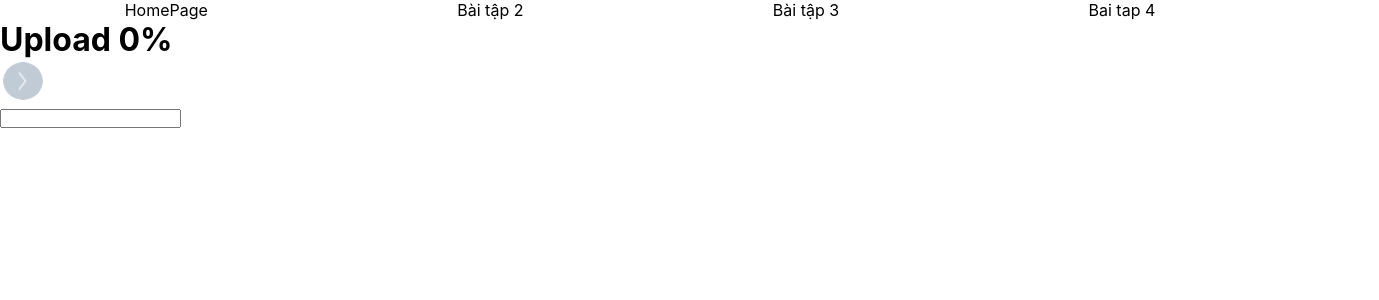
Repository: tungdau93/Training-ReactJS
Page: /bai-tap-3
These files come from the project's save history. The page is drawn as it stood at one moment and after the next save; the edit follows.
The browser window is 1280 px wide. The page is 1379 px wide, so the pictures cover 1379 px, including what lies to the right of the window. The pictures show the whole page.
The project was rebuilt for these pictures with package versions that can differ from the ones it lists, and the page was loaded fresh each time. Also part of the build but not shown: src/App.css, src/hooks/useClickOutside.js, src/Assignments/BaiTap2.jsx, src/Components/IconFile.jsx, src/Components/FileUpload.jsx, src/Assignments/HomePage.jsx.

Above is the page before, as saved 2022-10-03 10:29:09.

### src/App.js
import { BrowserRouter, Route, Routes } from "react-router-dom";
import "./App.css";
import BaiTap2 from "./Assignments/BaiTap2";
import BaiTap3 from "./Assignments/BaiTap3";
import HomePage from "./Assignments/HomePage";
import Menu from "./Assignments/Menu";

function App() {
  return (
    <BrowserRouter>
      <Menu />
      <Routes>
        <Route path="/" element={<HomePage />} />
        <Route path="/bai-tap-2" element={<BaiTap2 />} />
        <Route path="/bai-tap-3" element={<BaiTap3 />} />
      </Routes>
    </BrowserRouter>
  );
}

export default App;

### src/Assignments/BaiTap3.jsx
import React from "react";
import "../style/_bai-tap-3.scss";
import { ref, uploadBytesResumable } from "@firebase/storage";
import { storage } from "../firebase";
import { useState, useRef } from "react";
import IconFile from "../Components/IconFile";
import FileUpload from "../Components/FileUpload";

const BaiTap3 = () => {
  const listUploadedRef = useRef();
  const fileUploadedRef = useRef();

  const [files, setFiles] = useState([]);
  const [progress, setProgress] = useState(0);
  const [isSizeValid, setIsSizeValid] = useState(true);
  const [isActive, setIsActive] = useState(true);
  const [isValidNumberOfFiles, setValidNumberOfFiles] = useState(false);

  const RemoveAddFile = [];

  const handleSlide = () => {
    const listUploadedOffsetWidth = listUploadedRef.current?.offsetWidth;
    const listUploadedClientWidth = listUploadedRef.current?.clientWidth;
    const fileUploadedWidth = fileUploadedRef.current?.offsetWidth;
    const removeSpace = listUploadedOffsetWidth- listUploadedClientWidth
    console.log(removeSpace)

    if (listUploadedRef.current && fileUploadedRef.current) {
      listUploadedRef.current.scrollTo({
        left: fileUploadedWidth,
        behavior: "smooth",
      });
    }
  };
  const handleAddFiles = (event) => {
    setValidNumberOfFiles(false);
    const file = event.target.files[0];

    event.preventDefault();
    const fileArray = event.target.files;
    for (var j = 0; j < fileArray.length; j++) {
      if (fileArray[j].size > 10485760) {
        setIsSizeValid(false);
        setIsActive(false);
        return;
      }
    }
    setIsActive(true);
    setIsSizeValid(true);

    const newFiles = [...files];
    for (let k = 0; k < fileArray.length; k++) {
      newFiles.push(fileArray[k]);
    }
    setFiles(newFiles);
  };

  const uploadFiles = (file) => {
    if (!file) return;
    const storageRef = ref(storage, `/files/${file.name}`);
    const uploadTask = uploadBytesResumable(storageRef, file);
    uploadTask.on(
      "state_changed",
      (snapshot) => {
        const prog = Math.round(
          (snapshot.bytesTransferred / snapshot.totalBytes) * 100
        );
        setProgress(prog);
      },
      (err) => console.log(err)
    );
  };

  const handleUpload = (event) => {
    event.preventDefault();

    const newFilesUpload = [...files];
    if (files.length > 0 && files.length <= 4) {
      for (let i = 0; i < newFilesUpload.length; i++) {
        uploadFiles(newFilesUpload[i]);
        console.log(newFilesUpload[i]);
        setFiles(RemoveAddFile);
      }
    } else {
      setValidNumberOfFiles(true);
      setFiles(RemoveAddFile);
      setIsActive(false);
    }
  };

  const handleClose = (index) => {
    const fileSelected = files.filter((file) => file.index === index);
    // console.log(newFiles);
    const newFiles = [...files];
    newFiles.pop(fileSelected);
    setFiles([...newFiles]);
  };

  return (
    <>
      <h1>Upload {progress}%</h1>
      <img
        onClick={handleSlide}
        src={require("../assets/images/submit-icon.png")}
        alt=""
        className="slide-icon"
      />

      <div className="drag-drop-files">
        <div></div>
        <input type="text" />
        {/* <form onSubmit={(event) => handleUpload(event)}>
          <label htmlFor="name" className="drag-and-drop-img">
            <img alt="" src={require("../assets/images/upload-icon.png")} />
          </label>
          <label htmlFor="name" className="drag-and-drop-heading">
            Drag and drop files
          </label>
          <label htmlFor="name" className="drag-and-drop-heading--sub-heading">
            Browse Files
          </label>
          <input
            id="name"
            type="file"
            className="input"
            onChange={handleAddFiles}
            multiple
          />
          <button type="submit" className="submit">
            Upload
          </button>
        </form> */}
      </div>

      {isSizeValid ? (
        <div ref={listUploadedRef} className="show-data--hidden">
          {files &&
            files.map((file, index) => {
              // console.log(file.type);
              return (
                <FileUpload
                  handleClose={() => handleClose(index)}
                  key={index}
                  ref={fileUploadedRef}
                  fileType={file.type}
                  fileName={file.name}
                  fileSize={file.size}
                />
              );
            })}
        </div>
      ) : (
        <span className="maximum-files-size">
          The maximum file size is 10MB
        </span>
      )}

      {isValidNumberOfFiles ? (
        <span className="maximum-files-length">
          Maximum length of files is 4
        </span>
      ) : null}
    </>
  );
};

export default BaiTap3;

### src/Assignments/Menu.jsx
  import React from "react";
import { useNavigate } from "react-router-dom";

const styleHomePage={
        display:'flex',
        justifyContent: 'center',
}

const styleUl = {
    display: 'flex',
    justifyContent: 'space-around',
    // ListStyle:"none"
}
const handleMouseOver =(e)=>{
    e.target.style.color = '#DC143C'
}
const handleMouseOut =(e)=>{
    e.target.style.color = '#000'
}

const Menu = () => {
  const navigate = useNavigate();

  const redirectPage = (url) => {
    navigate(url);
  };

  return (
    <div>
      <ul style={styleUl}>
        <li style={{listStyleType:'none'}} onMouseOver={handleMouseOver} onMouseOut={handleMouseOut} onClick={() => redirectPage("/")}>
          <div style={styleHomePage}>HomePage</div>
        </li>
        <li style={{listStyleType:'none'}}  onMouseOver={handleMouseOver} onMouseOut={handleMouseOut} onClick={() => redirectPage("/bai-tap-2")}>
          <div >Bài tập 2</div>
        </li>
        <li style={{listStyleType:'none'}} onMouseOver={handleMouseOver} onMouseOut={handleMouseOut} onClick={() => redirectPage("/bai-tap-3")}>
          <div >Bài tập 3</div>
        </li>
        <li style={{listStyleType:'none'}} onMouseOver={handleMouseOver} onMouseOut={handleMouseOut} onClick={() => redirectPage("/bai-tap-4")}>
          <div >Bai tap 4

          </div>
        </li>
      </ul>
    </div>
  );
};

export default Menu;

### src/style/_bai-tap-2.scss
*{
    padding: 0;
    margin:0;
}
.app {
    background-color:#1E1E1E;
    #title {
        top:-976px;
        left:-1124px;
        color:#a0a0a0;
        width: 2227px;
        height:1933px;
        &:hover{
            color:#99CCFF;
            opacity:.6;
    }
    }
    .app__container{
        width: 2227px; ;
        height: 1933px;
        background-color:#F8F8F8;
        position:relative;
        .app__container--heading{
            display: flex;
            flex-direction: row;
            align-items: center;
            padding: 50px 99px 50px 56px;
            gap: 10px;
            display:block;

            position: absolute;
            width: 2227px;
            height: 140px;
            left: 0px;
            top: 0px;
            background-color:#333333;
            .app__container--heading-name{
                display: flex;
                flex-direction: row;
                align-items: center;
                padding: 0px;
                gap: 30px;

                width: 323px;
                height: 56px;


                /* Inside auto layout */

                flex: none;
                order: 0;
                flex-grow: 0;
                .app__container--heading-name--japanese{
                    width: 144px;
                    height: 56px;

                    font-family: 'Roboto';
                    font-style: normal;
                    font-weight: 700;
                    font-size: 48px;
                    line-height: 56px;




                /* White */

                    color: #FFFFFF;


                /* Inside auto layout */

                    flex: none;
                    order: 0;
                    flex-grow: 0;

                }
                .app__container--heading-name--english{
                    width: 149px;
                height: 38px;

                font-family: 'Roboto';
                font-style: normal;
                font-weight: 400;
                font-size: 32px;
                line-height: 38px;
                /* identical to box height */


                /* White */

                color: #FFFFFF;


                /* Inside auto layout */

                flex: none;
                order: 1;
                flex-grow: 0;
                }
            }
        }
        .app__container--input-wrapper{
    position: relative;
    display: flex;
    flex-direction: column;
    align-items: flex-start;
    padding: 0px;

    position: absolute;
    width: 400px;
    height: 46px;
    left: 379px;
    top: 308px;
    .app__container--input-wrapper--input{
        box-sizing: border-box;

    /* Auto layout */


    display: flex;
    flex-direction: row;
    align-items: center;
    padding: 8px 10px;
    gap: 4px;

    width: 400px;
    height: 49px;

    background: rgba(230, 249, 255, 0.2);
    /* Black / 04 */

    border: 1px solid #DBDBDB;
    border-radius: 4px;

    /* Inside auto layout */

    flex: none;
    order: 0;
    align-self: stretch;
    flex-grow: 0;



            }

     .fa-thin{
    position: absolute;
            }
    .app__container--input-wrapper--dropdown-list{
display: flex;

display:none;
// flex-direction: column;
// align-items: flex-start;
position: absolute;
width: 400px;
height: 128px;
left: 0;
top: 49px;
// background-color: yellow;

filter: drop-shadow(0px 1px 8px rgba(102, 102, 102, 0.25));
border-radius: 4px;
        .app__container--input-wrapper--dropdown-list--item1{
            position: absolute;
            width: 100%;
            height: 49px;
            background: rgba(230, 249, 255, 0.2);
            border-radius: 4px;
            display:block

        }
        .app__container--input-wrapper--dropdown-list--item2{
            position: absolute;
            width: 100%;
            height: 49px;
            border-radius: 4px;
            background: rgba(230, 249, 255, 0.2);
            top: 49px;
            display:block


        }
        .app__container--input-wrapper--dropdown-list--item3{
            position: absolute;
            width: 100%;
            height: 49px;
            border-radius: 4px;
            background: rgba(230, 249, 255, 0.2);
            top:98px;
            display:block


        }

    }
}


    }
}

### src/style/_bai-tap-3.scss

  .slide-icon {
    top: 560px;
    left: 1398px;
    width: 40px;
    height: 38px;
    border-radius: 50%;
    border: solid #fff;
    &:hover {
      border: #107ce0 solid 3px;
    }
  }
  .drag-and-drop {
    display: flex;
    justify-content: center;
    width: 842px;
    height: 232px;
    left: 579px;
    // right: 79.24%;
    top: 249px;
    background: #f8f8f8;
    border: 1px solid #dcdcdc;
    border-radius: 7px;
    z-index: 1;
    .drag-and-drop-img {
      top: 45px;
      left: 381px;
      display: flex;
      position: absolute;
      min-width: 70px;
      min-height: 70px;

      justify-content: center;
      align-items: center;
    }
    .drag-and-drop-heading {
      top: 113px;
      left: 342px;
      display: flex;
      position: absolute;
      min-width: 100px;
      align-items: center;
      justify-content: center;
      font-family: "Noto Sans";
      font-style: normal;
      font-weight: 700;
      font-size: 18px;
      line-height: 22px;
      color: #333333;
    }
    .drag-and-drop-heading--sub-heading {
      top: 137px;
      left: 373px;
      position: absolute;
      min-width: 50px;
      align-items: center;
      justify-content: center;
      font-family: "Noto Sans";
      font-style: normal;
      font-size: 18px;
      line-height: 22px;
      color: #333333;
      text-decoration: underline;
    }
    &:hover {
      border: 1px solid #107ce0;
    }
    .input {
      width: 842px;
      height: 232px;
      position: absolute;
      // right: 79.24%;
      background: #f8f8f8;
      // border: 1px solid #dcdcdc;
      border-radius: 7px;
      z-index: -1;
      color: transparent;

      &::-webkit-file-upload-button {
        display: none;
      }
    }
    .submit {
      position: absolute;
      top: 360px;
      left: 359px;
      width: 113px;
      height: 43px;
      border-radius: 3px;
      z-index: -1;
      border: none;
      &:hover {
        border: 1px solid #107ce0;
      }
    }
    .submit-img {
      position: absolute;
      top: 261px;
      left: 825px;
      width: 32px;
      height: 32px;
      border-radius: 50%;
      z-index: 1;
    }
    .drag-and-drop--upload-icon {
      position: absolute;
      height: 18.67px;
      width: 26.67px;
      top: 64px;
      left: 397.67px;
      right: 417.67px;
      z-index: 1;
    }

  }

  .drag-and-drop--alert {
    width: 842px;
    height: 232px;
    position: relative;
    left: 579px;
    // right: 79.24%;
    top: 249px;
    background: #f8f8f8;
    border: 1px solid  #ED5D5D;
    border-radius: 7px;
    z-index: 1;
    .drag-and-drop-img {
      top: 45px;
      left: 381px;
      display: flex;
      position: absolute;
      min-width: 70px;
      min-height: 70px;

      justify-content: center;
      align-items: center;
    }
    .drag-and-drop-heading {
      top: 113px;
      left: 342px;
      display: flex;
      position: absolute;
      min-width: 100px;
      align-items: center;
      justify-content: center;
      font-family: "Noto Sans";
      font-style: normal;
      font-weight: 700;
      font-size: 18px;
      line-height: 22px;
      color: #333333;
    }
    .drag-and-drop-heading--sub-heading {
      top: 137px;
      left: 373px;
      position: absolute;
      min-width: 50px;
      align-items: center;
      justify-content: center;
      font-family: "Noto Sans";
      font-style: normal;
      font-size: 18px;
      line-height: 22px;
      color: #333333;
      text-decoration: underline;
    }
    &:hover {
      border: 1px solid #107ce0;
    }
    .input {
      width: 842px;
      height: 232px;
      position: absolute;
      // right: 79.24%;
      background: #f8f8f8;
      // border: 1px solid #dcdcdc;
      border-radius: 7px;
      z-index: -1;
      color: transparent;

      &::-webkit-file-upload-button {
        display: none;
      }
    }
    .submit {
      position: absolute;
      top: 360px;
      left: 359px;
      width: 113px;
      height: 43px;
      border-radius: 3px;
      z-index: -1;
      border: none;
      &:hover {
        border: 1px solid #107ce0;
      }
    }
    .submit-img {
      position: absolute;
      top: 261px;
      left: 825px;
      width: 32px;
      height: 32px;
      border-radius: 50%;
      z-index: 1;
    }
    .drag-and-drop--upload-icon {
      position: absolute;
      height: 18.67px;
      width: 26.67px;
      top: 64px;
      left: 397.67px;
      right: 417.67px;
      z-index: 1;
    }


  }

  .invalid {
    position: absolute;
    top: 93px;
    left: 32px;
    width: 24px;
    height: 32px;
    background-color: rgba(255, 0, 0, 0.5);
    border: solid 0.5px rgb(153, 167, 181);
    border-radius: 3px;
  }

.maximum-files-length{
    color: #ED5D5D;
    top: 169px;
    position: relative;
    left: 581px;
}

.maximum-files-size{
  color: #ED5D5D;
  top: 278px;
  position: relative;
  left: 581px;
}

### src/firebase.js
import { initializeApp } from "firebase/app";
import { getStorage } from "firebase/storage";

const firebaseConfig = {
    apiKey: "AIzaSyBDyCwxOmrur5hog0XVVwqIkyzdGhH8h4w",
    authDomain: "fir-upload-d710f.firebaseapp.com",
    projectId: "fir-upload-d710f",
    storageBucket: "fir-upload-d710f.appspot.com",
    messagingSenderId: "230877422747",
    appId: "1:230877422747:web:8e36d237d55b89ca5f923e",
    measurementId: "G-Q111WB6C29"
  };

  export const app = initializeApp(firebaseConfig);
  export const storage = getStorage(app);

### src/style/_file-upload.scss
.show-data--hidden {
  position: relative;
    overflow:auto;
    left: 570px;
    top: 260px;
    width: 809px;
    height: 97px;
    display: flex;
    white-space:  nowrap;


    .alert{
      color: #ED5D5D;
      top:17px;
      position: absolute;
    }

    .show-data--item{
      background: #FFFFFF;
      top:0px;
      left: 45px;
      border: 1px solid #dcdcdc;
      display: flex;
      justify-content: space-between;
      align-items: center;
      min-width: 244px;
      height: 48px;
      border-radius: 3px;
      margin: 12px;

      &:hover {
        border: 1px solid #107ce0;
        border-radius: 3px;
      }
      .show-data__item--icon {
        width: 30px;
        height: 32px;
        margin: 8px 12px;
      }
      .show-data__item--icon--invalid {
        width: 30px;
        height: 32px;
        margin: 8px 12px;
        border: #072e2a solid 1px;
        border-radius: 3px;
        background-color: red;
      }
      .show-data__item--name {
        position: absolute;
        font-family: "Noto Sans";
        font-style: normal;
        margin-left: 48px;
        width:125px;
        .show-data__item--name--heading {
          min-width: 100px;
          height: 16px;
          font-weight: 700;
          font-size: 16px;
          line-height: 16px;
          margin-top: 23px;
        }
        .show-data__item--name--size {
          width: 85px;
          height: 16px;
          color: #666666;
          font-weight: 400;
          font-size: 16px;
          line-height: 14px;
          margin-bottom: 12px;
        }
      }
      .show-data__item--close-button {
        height: 18.67px;
        width: 16.67px;
        margin-right:5px;

      }
    }
  }

Loaded but not shown: public/index.html (common file); src/index.js (common file); src/index.css (common file); src/reportWebVitals.js (common file)

After the next save:
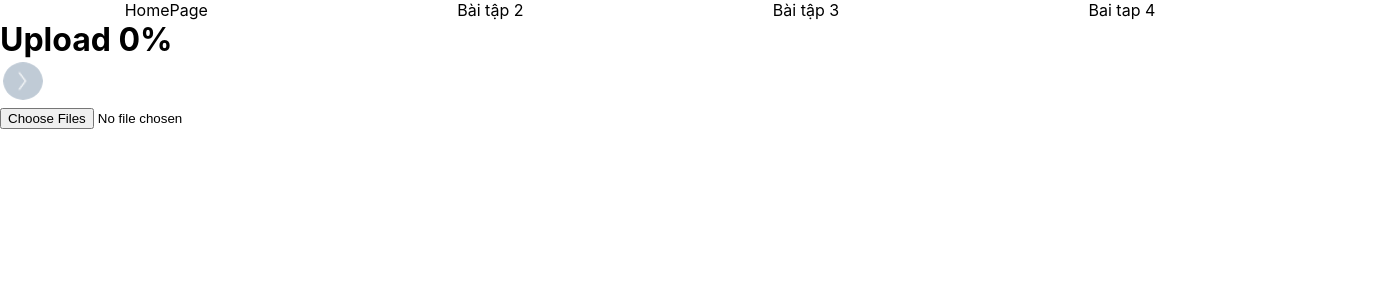
Saved 10 s later.
--- a/src/Assignments/BaiTap3.jsx
+++ b/src/Assignments/BaiTap3.jsx
@@ -108,7 +108,13 @@ const BaiTap3 = () => {
 
       <div className="drag-drop-files">
         <div></div>
-        <input type="text" />
+        <input
+            id="name"
+            type="file"
+            className="input"
+            onChange={handleAddFiles}
+            multiple
+          />
         {/* <form onSubmit={(event) => handleUpload(event)}>
           <label htmlFor="name" className="drag-and-drop-img">
             <img alt="" src={require("../assets/images/upload-icon.png")} />
